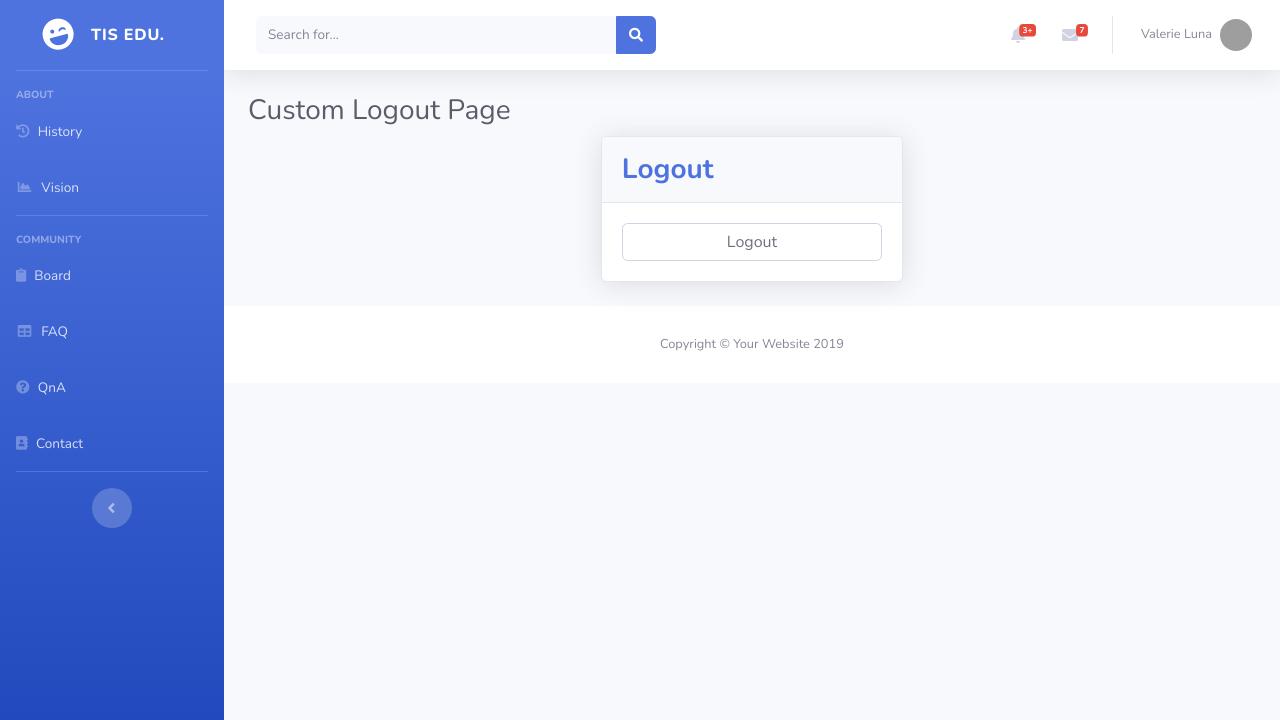
Repository: dkfagh/Spring_WS_2019
Page: http://localhost/ex02/WEB-INF/views/customLogout.jsp
These files come from the project's save history. The page is drawn as it stood at one moment and after the next save; the edit follows.
The browser window is 1280 px wide. The pictures show the whole page.
Pictures or frames that could not be fetched are drawn as grey boxes. The page is served by Tomcat 9. Nobody is signed in. Other server files are loaded and not shown. The template is opened directly, without the code that normally fills it, so the values that code supplies are empty.

Above is the page before, as saved 2020-01-15 02:37:46.

### ex02/src/main/webapp/WEB-INF/views/customLogout.jsp
<%@ page language="java" contentType="text/html; charset=UTF-8"
    pageEncoding="UTF-8"%>
<%@ taglib uri="http://java.sun.com/jsp/jstl/core" prefix="c" %>

<%@include file="./includes/header.jsp" %>

 	<!-- Begin Page Content -->
    <div class="container-fluid">

		<h1 class="h3 mb-2 text-gray-800">Custom Logout Page</h1>


		<div class="card shadow mb-4" style="width:30%; margin:auto;">

			<div class="card-header py-3">
              <h6 class="m-0 font-weight-bold text-primary h3">Logout</h6>
            </div>

			<div class="card-body">

				<form action="/customLogout" method="post">
					<input type="hidden" name="${_csrf.parameterName }" value="${_csrf.token }" />
					<button class="form-control" >Logout</button>
				</form>

			<!-- end card-body -->
			</div>

		<!-- end card -->
		</div>

	<!-- /.container-fluid -->
	</div>

<%@ include file="./includes/footer.jsp" %>

### ex02/src/main/webapp/WEB-INF/views/includes/header.jsp
<%@ page language="java" contentType="text/html; charset=UTF-8"
    pageEncoding="UTF-8"%>
<%@ taglib uri="http://www.springframework.org/security/tags" prefix="sec" %>
<!DOCTYPE html>
<html>

<head>

  <meta charset="utf-8">
  <meta http-equiv="X-UA-Compatible" content="IE=edge">
  <meta name="viewport" content="width=device-width, initial-scale=1, shrink-to-fit=no">
  <meta name="description" content="">
  <meta name="author" content="">

  <title>SB Admin 2 - Tables</title>

  <!-- Custom fonts for this template -->
  <link href="/resources/vendor/fontawesome-free/css/all.min.css" rel="stylesheet" type="text/css">
  <link href="https://fonts.googleapis.com/css?family=Nunito:200,200i,300,300i,400,400i,600,600i,700,700i,800,800i,900,900i" rel="stylesheet">

  <!-- Custom styles for this template -->
  <link href="/resources/css/sb-admin-2.min.css" rel="stylesheet">

  <!-- Custom styles for this page -->
  <link href="/resources/vendor/datatables/dataTables.bootstrap4.min.css" rel="stylesheet">

</head>

<body id="page-top">
	<div class='bigPictureWrapper'>
     	<div class='bigPicture'>
     	</div>
    </div>

  <!-- Page Wrapper -->
  <div id="wrapper">

    <!-- Sidebar -->
    <ul class="navbar-nav bg-gradient-primary sidebar sidebar-dark accordion" id="accordionSidebar">

      <!-- Sidebar - Brand -->
      <a class="sidebar-brand d-flex align-items-center justify-content-center" href="/board/list">
        <div class="sidebar-brand-icon rotate-n-15">
          <i class="fas fa-laugh-wink"></i>
        </div>
        <div class="sidebar-brand-text mx-3">TIS Edu.</div>
      </a>

      <!-- Divider -->
      <hr class="sidebar-divider">

      <!-- Heading -->
      <div class="sidebar-heading">
        About
      </div>

      <!-- Nav Item - History -->
      <li class="nav-item">
        <a class="nav-link" href="charts.html">
          <i class="fas fa-history"></i>
          <span>History</span></a>
      </li>

      <!-- Nav Item - Vision -->
      <li class="nav-item">
        <a class="nav-link" href="charts.html">
          <i class="fas fa-fw fa-chart-area"></i>
          <span>Vision</span></a>
      </li>

      <!-- Divider -->
      <hr class="sidebar-divider">

      <!-- Heading -->
      <div class="sidebar-heading">
        Community
      </div>

      <!-- Nav Item - Board -->
      <li class="nav-item">
        <a class="nav-link" href="charts.html">
          <i class="fas fa-clipboard"></i>
          <span>Board</span></a>
      </li>

      <!-- Nav Item - FAQ -->
      <li class="nav-item">
        <a class="nav-link" href="tables.html">
          <i class="fas fa-fw fa-table"></i>
          <span>FAQ</span></a>
      </li>

      <!-- Nav Item - QnA -->
      <li class="nav-item">
        <a class="nav-link" href="tables.html">
          <i class="fas fa-question-circle"></i>
          <span>QnA</span></a>
      </li>

      <!-- Nav Item - Contact -->
      <li class="nav-item">
        <a class="nav-link" href="tables.html">
          <i class="fas fa-address-book"></i>
          <span>Contact</span></a>
      </li>

      <!-- Divider -->
      <hr class="sidebar-divider d-none d-md-block">

      <!-- Sidebar Toggler (Sidebar) -->
      <div class="text-center d-none d-md-inline">
        <button class="rounded-circle border-0" id="sidebarToggle"></button>
      </div>

    </ul>
    <!-- End of Sidebar -->

    <!-- Content Wrapper -->
    <div id="content-wrapper" class="d-flex flex-column">

      <!-- Main Content -->
      <div id="content">

        <!-- Topbar -->
        <nav class="navbar navbar-expand navbar-light bg-white topbar mb-4 static-top shadow">

          <!-- Sidebar Toggle (Topbar) -->
          <button id="sidebarToggleTop" class="btn btn-link d-md-none rounded-circle mr-3">
            <i class="fa fa-bars"></i>
          </button>

          <!-- Topbar Search -->
          <form class="d-none d-sm-inline-block form-inline mr-auto ml-md-3 my-2 my-md-0 mw-100 navbar-search">
            <div class="input-group">
              <input type="text" class="form-control bg-light border-0 small" placeholder="Search for..." aria-label="Search" aria-describedby="basic-addon2">
              <div class="input-group-append">
                <button class="btn btn-primary" type="button">
                  <i class="fas fa-search fa-sm"></i>
                </button>
              </div>
            </div>
          </form>

          <!-- Topbar Navbar -->
          <ul class="navbar-nav ml-auto">

            <!-- Nav Item - Search Dropdown (Visible Only XS) -->
            <li class="nav-item dropdown no-arrow d-sm-none">
              <a class="nav-link dropdown-toggle" href="#" id="searchDropdown" role="button" data-toggle="dropdown" aria-haspopup="true" aria-expanded="false">
                <i class="fas fa-search fa-fw"></i>
              </a>
              <!-- Dropdown - Messages -->
              <div class="dropdown-menu dropdown-menu-right p-3 shadow animated--grow-in" aria-labelledby="searchDropdown">
                <form class="form-inline mr-auto w-100 navbar-search">
                  <div class="input-group">
                    <input type="text" class="form-control bg-light border-0 small" placeholder="Search for..." aria-label="Search" aria-describedby="basic-addon2">
                    <div class="input-group-append">
                      <button class="btn btn-primary" type="button">
                        <i class="fas fa-search fa-sm"></i>
                      </button>
                    </div>
                  </div>
                </form>
              </div>
            </li>

            <!-- Nav Item - Alerts -->
            <li class="nav-item dropdown no-arrow mx-1">
              <a class="nav-link dropdown-toggle" href="#" id="alertsDropdown" role="button" data-toggle="dropdown" aria-haspopup="true" aria-expanded="false">
                <i class="fas fa-bell fa-fw"></i>
                <!-- Counter - Alerts -->
                <span class="badge badge-danger badge-counter">3+</span>
              </a>
              <!-- Dropdown - Alerts -->
              <div class="dropdown-list dropdown-menu dropdown-menu-right shadow animated--grow-in" aria-labelledby="alertsDropdown">
                <h6 class="dropdown-header">
                  Alerts Center
                </h6>
                <a class="dropdown-item d-flex align-items-center" href="#">
                  <div class="mr-3">
                    <div class="icon-circle bg-primary">
                      <i class="fas fa-file-alt text-white"></i>
                    </div>
                  </div>
                  <div>
                    <div class="small text-gray-500">December 12, 2019</div>
                    <span class="font-weight-bold">A new monthly report is ready to download!</span>
                  </div>
                </a>
                <a class="dropdown-item d-flex align-items-center" href="#">
                  <div class="mr-3">
                    <div class="icon-circle bg-success">
                      <i class="fas fa-donate text-white"></i>
                    </div>
                  </div>
                  <div>
                    <div class="small text-gray-500">December 7, 2019</div>
                    $290.29 has been deposited into your account!
                  </div>
                </a>
                <a class="dropdown-item d-flex align-items-center" href="#">
                  <div class="mr-3">
                    <div class="icon-circle bg-warning">
                      <i class="fas fa-exclamation-triangle text-white"></i>
                    </div>
                  </div>
                  <div>
                    <div class="small text-gray-500">December 2, 2019</div>
                    Spending Alert: We've noticed unusually high spending for your account.
                  </div>
                </a>
                <a class="dropdown-item text-center small text-gray-500" href="#">Show All Alerts</a>
              </div>
            </li>

            <!-- Nav Item - Messages -->
            <li class="nav-item dropdown no-arrow mx-1">
              <a class="nav-link dropdown-toggle" href="#" id="messagesDropdown" role="button" data-toggle="dropdown" aria-haspopup="true" aria-expanded="false">
                <i class="fas fa-envelope fa-fw"></i>
                <!-- Counter - Messages -->
                <span class="badge badge-danger badge-counter">7</span>
              </a>
              <!-- Dropdown - Messages -->
              <div class="dropdown-list dropdown-menu dropdown-menu-right shadow animated--grow-in" aria-labelledby="messagesDropdown">
                <h6 class="dropdown-header">
                  Message Center
                </h6>
                <a class="dropdown-item d-flex align-items-center" href="#">
                  <div class="dropdown-list-image mr-3">
                    <img class="rounded-circle" src="https://source.unsplash.com/fn_BT9fwg_E/60x60" alt="">
                    <div class="status-indicator bg-success"></div>
                  </div>
                  <div class="font-weight-bold">
                    <div class="text-truncate">Hi there! I am wondering if you can help me with a problem I've been having.</div>
                    <div class="small text-gray-500">Emily Fowler � 58m</div>
                  </div>
                </a>
                <a class="dropdown-item d-flex align-items-center" href="#">
                  <div class="dropdown-list-image mr-3">
                    <img class="rounded-circle" src="https://source.unsplash.com/AU4VPcFN4LE/60x60" alt="">
                    <div class="status-indicator"></div>
                  </div>
                  <div>
                    <div class="text-truncate">I have the photos that you ordered last month, how would you like them sent to you?</div>
                    <div class="small text-gray-500">Jae Chun � 1d</div>
                  </div>
                </a>
                <a class="dropdown-item d-flex align-items-center" href="#">
                  <div class="dropdown-list-image mr-3">
                    <img class="rounded-circle" src="https://source.unsplash.com/CS2uCrpNzJY/60x60" alt="">
                    <div class="status-indicator bg-warning"></div>
                  </div>
                  <div>
                    <div class="text-truncate">Last month's report looks great, I am very happy with the progress so far, keep up the good work!</div>
                    <div class="small text-gray-500">Morgan Alvarez � 2d</div>
                  </div>
                </a>
                <a class="dropdown-item d-flex align-items-center" href="#">
                  <div class="dropdown-list-image mr-3">
                    <img class="rounded-circle" src="https://source.unsplash.com/Mv9hjnEUHR4/60x60" alt="">
                    <div class="status-indicator bg-success"></div>
                  </div>
                  <div>
                    <div class="text-truncate">Am I a good boy? The reason I ask is because someone told me that people say this to all dogs, even if they aren't good...</div>
                    <div class="small text-gray-500">Chicken the Dog � 2w</div>
                  </div>
                </a>
                <a class="dropdown-item text-center small text-gray-500" href="#">Read More Messages</a>
              </div>
            </li>

            <div class="topbar-divider d-none d-sm-block"></div>

            <!-- Nav Item - User Information -->
            <li class="nav-item dropdown no-arrow">
              <a class="nav-link dropdown-toggle" href="#" id="userDropdown" role="button" data-toggle="dropdown" aria-haspopup="true" aria-expanded="false">
                <span class="mr-2 d-none d-lg-inline text-gray-600 small">Valerie Luna

                </span>
                <img class="img-profile rounded-circle" src="https://source.unsplash.com/QAB-WJcbgJk/60x60">
              </a>
              <!-- Dropdown - User Information -->
              <div class="dropdown-menu dropdown-menu-right shadow animated--grow-in" aria-labelledby="userDropdown">
                <a class="dropdown-item" href="#">
                  <i class="fas fa-user fa-sm fa-fw mr-2 text-gray-400"></i>
                  Profile
                </a>
                <a class="dropdown-item" href="#">
                  <i class="fas fa-cogs fa-sm fa-fw mr-2 text-gray-400"></i>
                  Settings
                </a>
                <a class="dropdown-item" href="#">
                  <i class="fas fa-list fa-sm fa-fw mr-2 text-gray-400"></i>
                  Activity Log
                </a>
                <div class="dropdown-divider"></div>

                <sec:authorize access="isAuthenticated()">
	                <a class="dropdown-item" href="/customLogout">
	                  <i class="fas fa-sign-out-alt fa-sm fa-fw mr-2 text-gray-400"></i>
	                  Logout
	                </a>
                </sec:authorize>

                <sec:authorize access="isAnonymous()">
	                <a class="dropdown-item" href="/customLogin">
	                  <i class="fas fa-sign-out-alt fa-sm fa-fw mr-2 text-gray-400"></i>
	                  Login
	                </a>
                </sec:authorize>
              </div>
            </li>

          </ul>

        </nav>
        <!-- End of Topbar -->

### ex02/src/main/webapp/WEB-INF/views/includes/footer.jsp
<!-- Footer -->
      <footer class="sticky-footer bg-white">
        <div class="container my-auto">
          <div class="copyright text-center my-auto">
            <span>Copyright &copy; Your Website 2019</span>
          </div>
        </div>
      </footer>
      <!-- End of Footer -->

    </div>
    <!-- End of Content Wrapper -->

  </div>
  <!-- End of Page Wrapper -->

  <!-- Scroll to Top Button-->
  <a class="scroll-to-top rounded" href="#page-top">
    <i class="fas fa-angle-up"></i>
  </a>

  <!-- Bootstrap core JavaScript-->
  <script src="/resources/vendor/jquery/jquery.min.js"></script>
  <script src="/resources/vendor/bootstrap/js/bootstrap.bundle.min.js"></script>

  <!-- Core plugin JavaScript-->
  <script src="/resources/vendor/jquery-easing/jquery.easing.min.js"></script>

  <!-- Custom scripts for all pages-->
  <script src="/resources/js/sb-admin-2.js"></script>

  <!-- Page level plugins -->
  <script src="/resources/vendor/datatables/jquery.dataTables.min.js"></script>
  <script src="/resources/vendor/datatables/dataTables.bootstrap4.min.js"></script>

  <!-- Page level custom scripts -->
  <script src="/resources/js/demo/datatables-demo.js"></script>

</body>

</html>

### ex02/src/main/webapp/resources/js/sb-admin-2.js
(function($) {
  "use strict"; // Start of use strict

  // Toggle the side navigation
  $("#sidebarToggle, #sidebarToggleTop").on('click', function(e) {
    $("body").toggleClass("sidebar-toggled");
    $(".sidebar").toggleClass("toggled");
    if ($(".sidebar").hasClass("toggled")) {
      $('.sidebar .collapse').collapse('hide');
    };
  });

  // Close any open menu accordions when window is resized below 768px
  $(window).resize(function() {
    if ($(window).width() < 768) {
      $('.sidebar .collapse').collapse('hide');
    };
  });

  $(window).resize(function() {
	    if ($(window).width() < 425) {
	    	$("body").addClass("sidebar-toggled");
	    	$(".sidebar").addClass("toggled");
			  if ($(".sidebar").hasClass("toggled")) {
			      $('.sidebar .collapse').collapse('hide');
			    };
	    };
	  });

  $(document).ready(function() {
	  if ($(window).width() < 425) {
		  	$("body").addClass("sidebar-toggled");
		  	$(".sidebar").addClass("toggled");
				  if ($(".sidebar").hasClass("toggled")) {
				      $('.sidebar .collapse').collapse('hide');
				    };
		  };
  });


  // Prevent the content wrapper from scrolling when the fixed side navigation hovered over
  $('body.fixed-nav .sidebar').on('mousewheel DOMMouseScroll wheel', function(e) {
    if ($(window).width() > 768) {
      var e0 = e.originalEvent,
        delta = e0.wheelDelta || -e0.detail;
      this.scrollTop += (delta < 0 ? 1 : -1) * 30;
      e.preventDefault();
    }
  });

  // Scroll to top button appear
  $(document).on('scroll', function() {
    var scrollDistance = $(this).scrollTop();
    if (scrollDistance > 100) {
      $('.scroll-to-top').fadeIn();
    } else {
      $('.scroll-to-top').fadeOut();
    }
  });

  // Smooth scrolling using jQuery easing
  $(document).on('click', 'a.scroll-to-top', function(e) {
    var $anchor = $(this);
    $('html, body').stop().animate({
      scrollTop: ($($anchor.attr('href')).offset().top)
    }, 1000, 'easeInOutExpo');
    e.preventDefault();
  });

})(jQuery); // End of use strict

Loaded but not shown: ex02/src/main/webapp/resources/css/sb-admin-2.min.css (library); ex02/src/main/webapp/resources/js/demo/datatables-demo.js (common file)

After the next save:
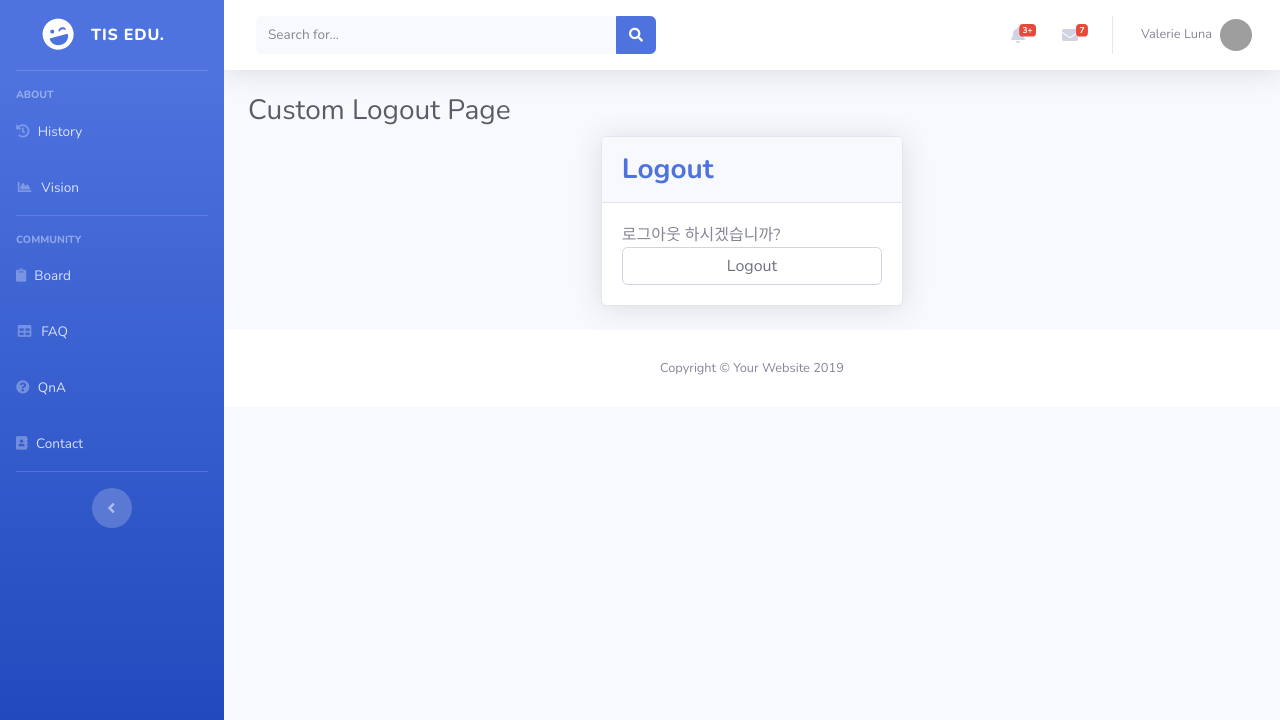
Saved 17 s later.
--- a/ex02/src/main/webapp/WEB-INF/views/customLogout.jsp
+++ b/ex02/src/main/webapp/WEB-INF/views/customLogout.jsp
@@ -19,6 +19,7 @@
 			<div class="card-body">
 
 				<form action="/customLogout" method="post">
+					로그아웃 하시겠습니까?
 					<input type="hidden" name="${_csrf.parameterName }" value="${_csrf.token }" />
 					<button class="form-control" >Logout</button>
 				</form>
